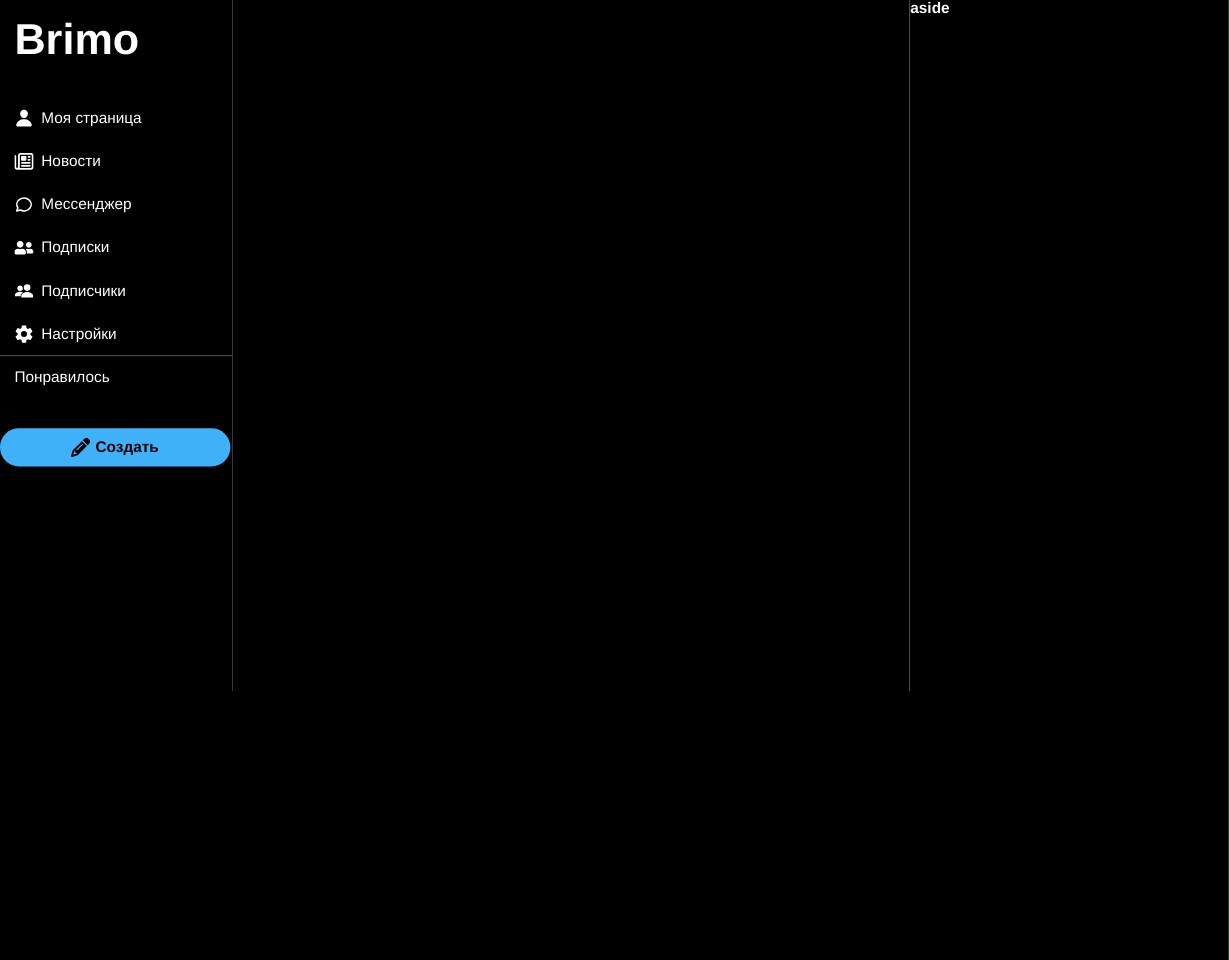
Repository: MaksimKrupkin/socialNetwork
Page: / (app in frontend/socialNetworkFrontend/)
An editor plug-in stored every save of this project. The page is shown before and after the next save, followed by the edit.
The browser window is 1280 px wide. The pictures show the whole page, at 96% of full size.
The project was rebuilt for these pictures with package versions that can differ from the ones it lists, and the page was loaded fresh each time. Also part of the build but not shown: frontend/socialNetworkFrontend/vite.config.js, frontend/socialNetworkFrontend/src/index.css.

Above is the page before, as saved 2024-11-27 20:46:07.

### frontend/socialNetworkFrontend/index.html
<!DOCTYPE html>
<html lang="en">
  <head>
    <meta charset="UTF-8" />
    <link rel="icon" type="image/svg+xml" href="/vite.svg" />
    <meta name="viewport" content="width=device-width, initial-scale=1.0" />
    <title>Brimo</title>
  </head>
  <body>
    <div id="root"></div>
    <script type="module" src="/src/main.jsx"></script>
  </body>
</html>

### frontend/socialNetworkFrontend/src/App.jsx
import './App.css';
import { Routes, Route } from 'react-router-dom';
import MainPage from './Pages/MainPage/MainPage';

function App() {
  return (
    <div>
      <Routes>
        <Route path="/" element={<MainPage />} />
      </Routes>
    </div>
  );
}

export default App;

### frontend/socialNetworkFrontend/src/Pages/MainPage/MainPage.jsx
import React from 'react';
import styles from './MainPage.module.scss';
import Navigation from '../../Components/Navigation/Navigation';
import Aside from '../../Components/Aside/Aside';

function MainPage() {
  return (
    <div className={styles.wrapper}>
      <Navigation />
      <Aside />
    </div>
  );
}
export default MainPage;

### frontend/socialNetworkFrontend/src/Pages/MainPage/MainPage.module.scss
.wrapper {
  margin: 0 auto;
  background-color: black;
  width: 100%;
  height: 1000px;
  color: white;
  font-weight: 700;
  font-family: 'Favorit Modern', 'Helvetica Neue', 'HelveticaNeue', Arial, Helvetica, sans-serif;
}

### frontend/socialNetworkFrontend/src/Components/Navigation/Navigation.jsx
import React from 'react';
import styles from './Navigation.module.scss';
import { FaRegNewspaper } from 'react-icons/fa6';
import { TbMessageCircle } from 'react-icons/tb';
import { IoPerson } from 'react-icons/io5';
import { FaUserFriends } from 'react-icons/fa';
import { IoPeopleSharp } from 'react-icons/io5';
import { IoSettingsSharp } from 'react-icons/io5';
import { FaPencil } from 'react-icons/fa6';

const Navigation = () => {
  return (
    <div className={styles.wrapper}>
      <header className={styles.header}>
        <div className={styles.logo}>Brimo</div>
      </header>
      <div className={styles.item}>
        <IoPerson fontSize={20} />
        <span className={styles.text}>Моя страница</span>
      </div>
      <div className={styles.item}>
        <FaRegNewspaper fontSize={20} />
        <span className={styles.text}>Новости</span>
      </div>
      <div className={styles.item}>
        <TbMessageCircle fontSize={20} />
        <span className={styles.text}>Мессенджер</span>
      </div>
      <div className={styles.item}>
        <FaUserFriends fontSize={20} />
        <span className={styles.text}>Подписки</span>
      </div>
      <div className={styles.item}>
        <IoPeopleSharp fontSize={20} />
        <span className={styles.text}>Подписчики</span>
      </div>
      <div className={styles.item}>
        <IoSettingsSharp fontSize={20} />
        <span className={styles.text}>Настройки</span>
      </div>
      <hr className={styles.line} />
      <div className={styles.item}>
        <span className={styles.text}>Понравилось</span>
      </div>
      <div className={styles.create_new}>
        <FaPencil style={{ color: 'black', fontSize: '20px' }} />
        <span className={styles.button_text}>Создать</span>
      </div>
    </div>
  );
};

export default Navigation;

### frontend/socialNetworkFrontend/src/Components/Aside/Aside.jsx
import React from 'react';
import styles from './Aside.module.scss';

function Aside() {
  return <div className={styles.wrapper}>aside</div>;
}

export default Aside;

### frontend/socialNetworkFrontend/src/Components/Navigation/Navigation.module.scss
.wrapper {
  width: 19%;
  height: 100vh;
  position: fixed;
  top: 0;
  left: 0;
  margin-top: 0px;
  overflow-y: hidden;
  border-right: 0.5px solid rgb(83, 83, 90);
}
.header {
  height: 100px;
  padding: 15px;
  .logo {
    font-size: 45px;
  }
}
.item {
  padding-left: 15px;
  height: 45px;
  display: flex;
  align-items: center;
  justify-content: flex-start;
  gap: 8px;
}
.text {
  font-size: 16px;
  font-weight: 300;
}
.item:hover {
  background-color: rgb(34, 34, 34);
}
.line {
  width: 100%;
  height: 0.5px;
  background-color: rgb(83, 83, 90);
  border: none;
}

.create_new {
  margin-top: 30px;
  width: 99%;
  height: 40px;
  background-color: rgb(63, 177, 248);
  border-radius: 25px;
  display: flex;
  justify-content: center;
  align-items: center;
  gap: 5px;
  .button_text {
    color: black;
  }
}
.create_new:hover {
  background-color: rgb(92, 189, 250);
  transition: all 0.1s ease-in;
}

### frontend/socialNetworkFrontend/src/Components/Aside/Aside.module.scss
.wrapper {
  position: fixed;
  width: 26%;
  height: 100%;
  right: 0;
  top: 0;
  border-left: 0.5px solid rgb(83, 83, 90);
}

Loaded but not shown: frontend/socialNetworkFrontend/src/main.jsx (common file); frontend/socialNetworkFrontend/src/App.css (common file)

After the next save:
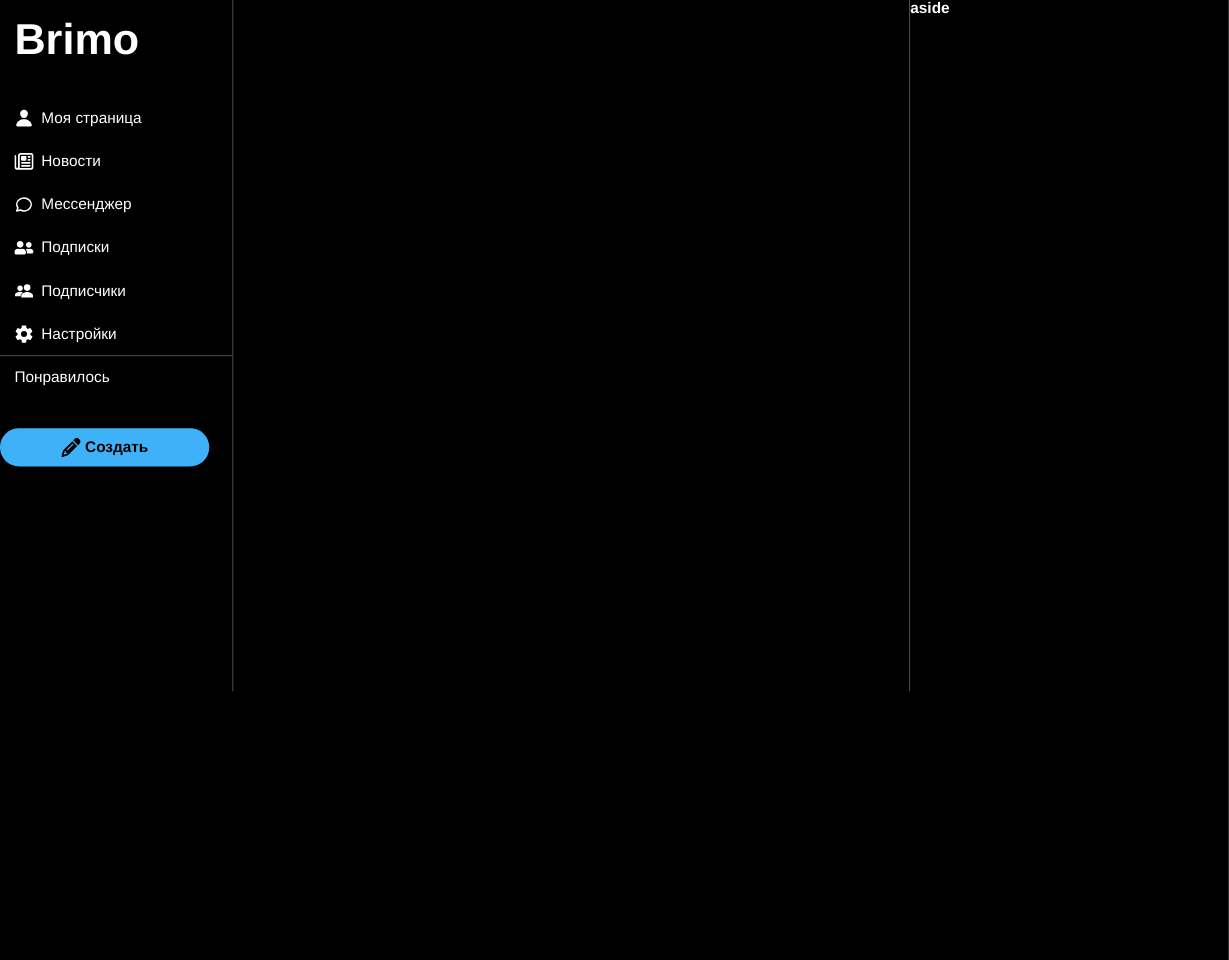
Saved 21 s later.
--- a/frontend/socialNetworkFrontend/src/Components/Navigation/Navigation.module.scss
+++ b/frontend/socialNetworkFrontend/src/Components/Navigation/Navigation.module.scss
@@ -39,7 +39,7 @@
 
 .create_new {
   margin-top: 30px;
-  width: 99%;
+  width: 90%;
   height: 40px;
   background-color: rgb(63, 177, 248);
   border-radius: 25px;
